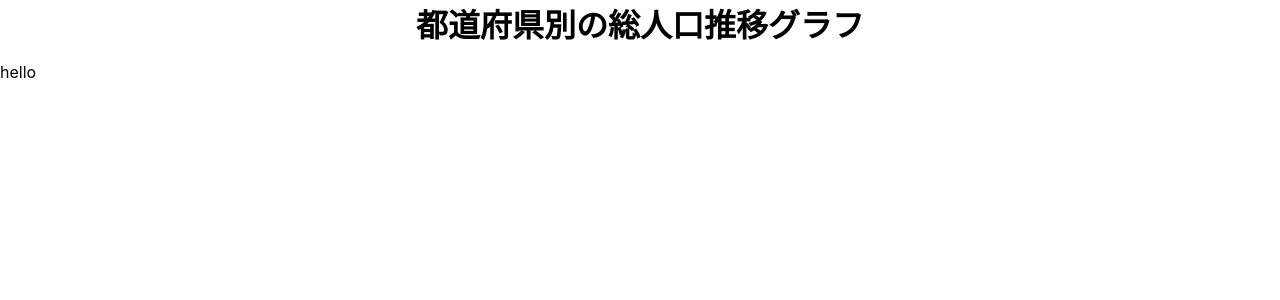
Repository: shisyamoCat/reqriutment-test
Page: /
An editor plug-in stored every save of this project. The page is shown before and after the next save, followed by the edit.
The browser window is 1280 px wide. The pictures show the whole page.
The page's requests for data from a server got no answer. The project was rebuilt for these pictures with package versions that can differ from the ones it lists, and the page was loaded fresh each time. No one was signed in, and anything a server would have sent is missing. Also part of the build but not shown: src/components/Pref.jsx.

Above is the page before, as saved 2022-07-06 15:10:42.

After the next save:
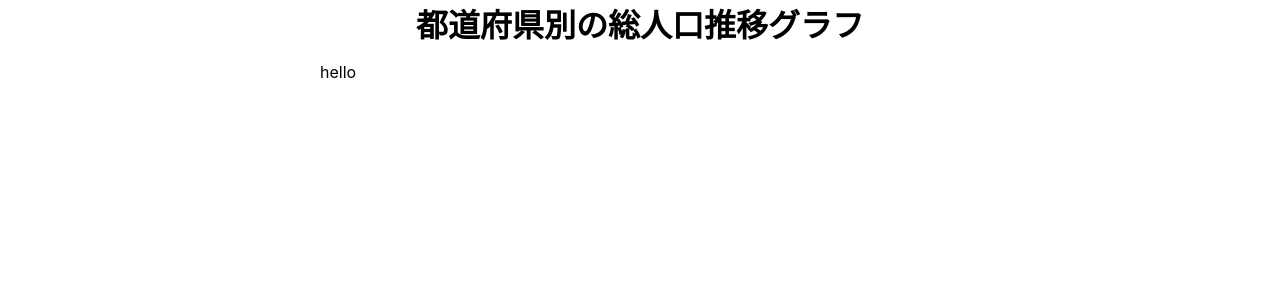
Saved 52 s later.
--- a/src/App.css
+++ b/src/App.css
@@ -2,3 +2,8 @@
     width: fit-content;
     margin: 0 auto;
 }
+
+.pref-grid {
+    width: 50%;
+    margin: 0 auto;
+}
